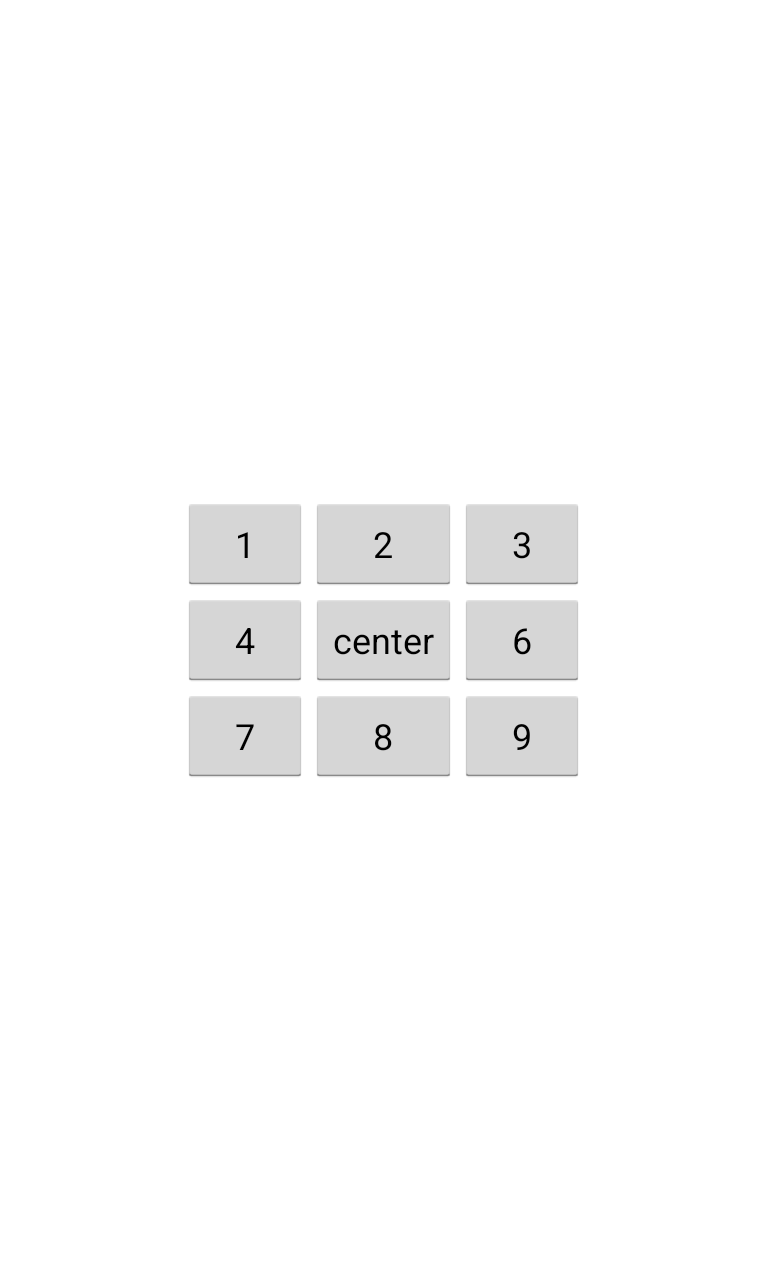
Repository: qwer2714856/Android_learn
Layout: relativeLayoutDeom/res/layout/activity_main.xml
An editor plug-in stored every save of this project. The layout is shown before and after the next save, followed by the edit.
It is drawn on a 768 x 1280 px phone screen (xhdpi) without system bars, with theme AppTheme; the app's code is not run.

Above is the layout before, as saved 2015-09-29 04:11:46.

After the next save:
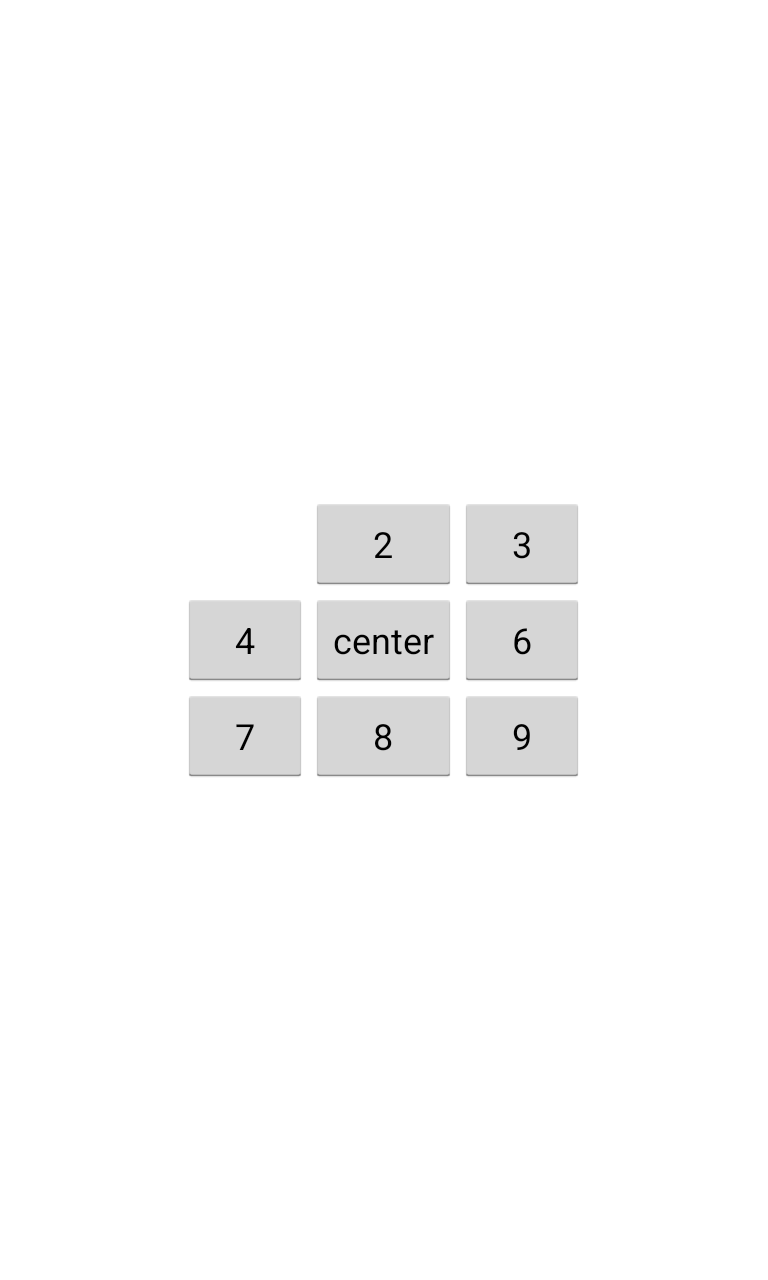
Saved 4 min 10 s later.
--- a/relativeLayoutDeom/res/layout/activity_main.xml
+++ b/relativeLayoutDeom/res/layout/activity_main.xml
@@ -35,14 +35,7 @@
         android:layout_below="@id/a5"
         />
 
-     <Button
-        android:layout_width="wrap_content"
-        android:layout_height="wrap_content"
-        android:text="1"
-        android:id="@+id/a1"
-        android:layout_toLeftOf="@id/a5"
-        android:layout_above="@id/a5"
-        />
+
 
      <Button
         android:layout_width="wrap_content"
